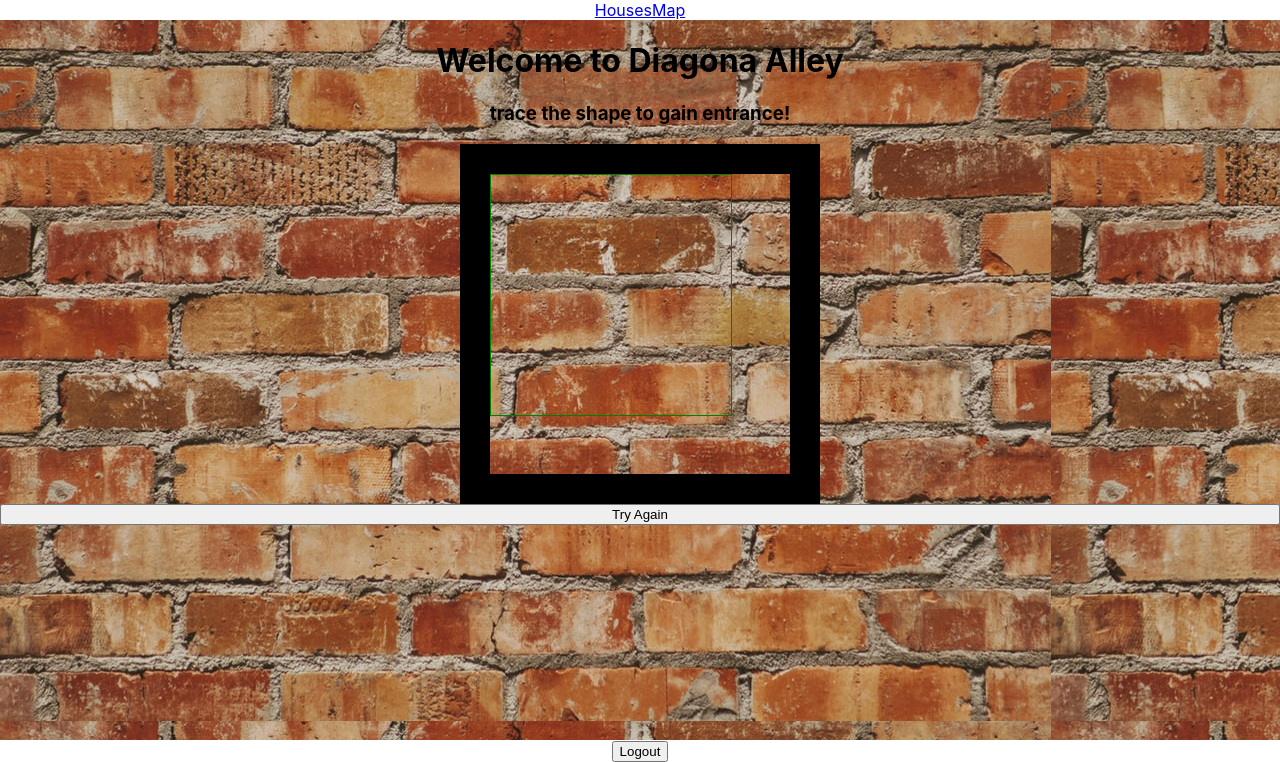
Repository: Brandon205/PotterGo
Page: /houses (app in client/)
These files come from the project's save history. The page is drawn as it stood at one moment and after the next save; the edit follows.
The browser window is 1280 px wide. The pictures show the whole page.
The project was rebuilt for these pictures with package versions that can differ from the ones it lists, and the page was loaded fresh each time. A package was used in the major version that the imports need, not the one package.json lists. Also part of the build but not shown: client/src/Homepage.jsx, client/src/Signup.js, client/src/Login.js, client/src/LoginPage.jsx, client/src/WandGenerator.jsx.

Above is the page before, as saved 2019-11-21 15:50:20.

After the next save:
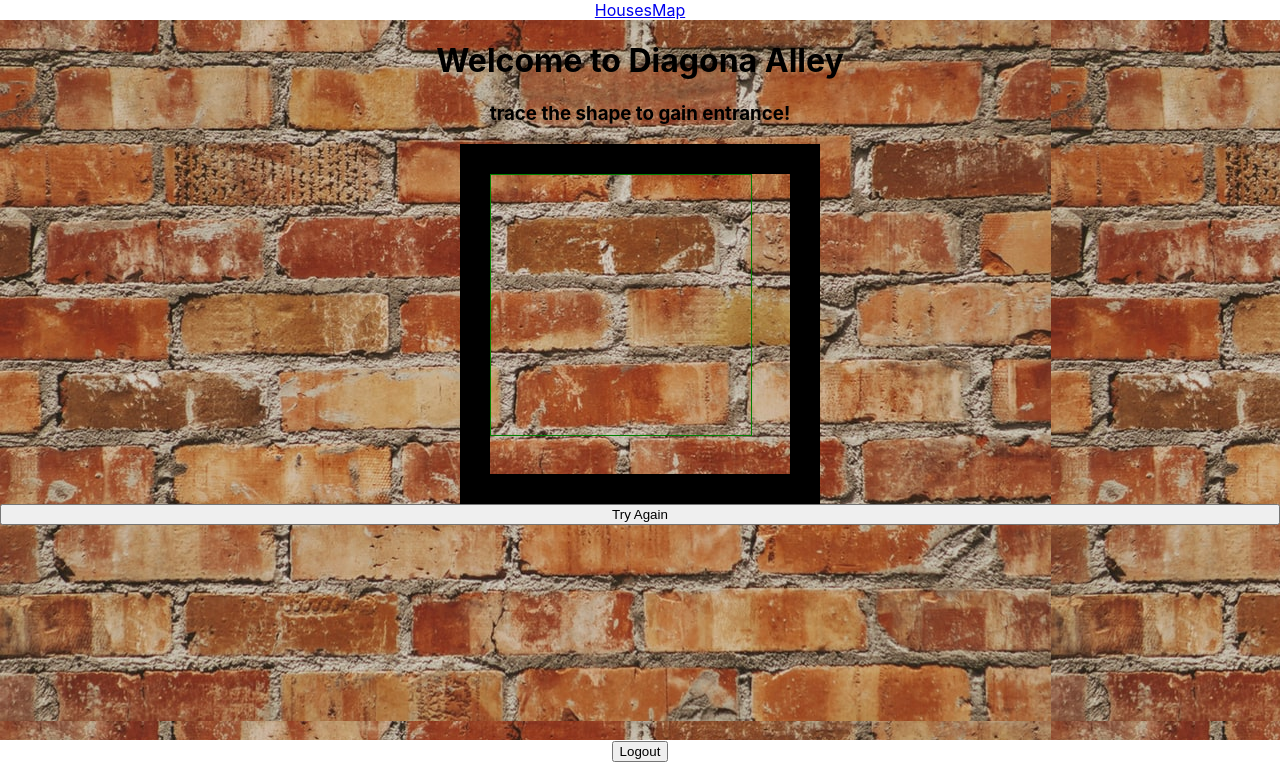
Saved 21 s later.
--- a/client/src/App.css
+++ b/client/src/App.css
@@ -42,7 +42,7 @@
 }
 
 .innerDiv {
-  height: 240px;
-  width: 240px;
+  height: 260px;
+  width: 260px;
   border: 1px solid green;
 }
